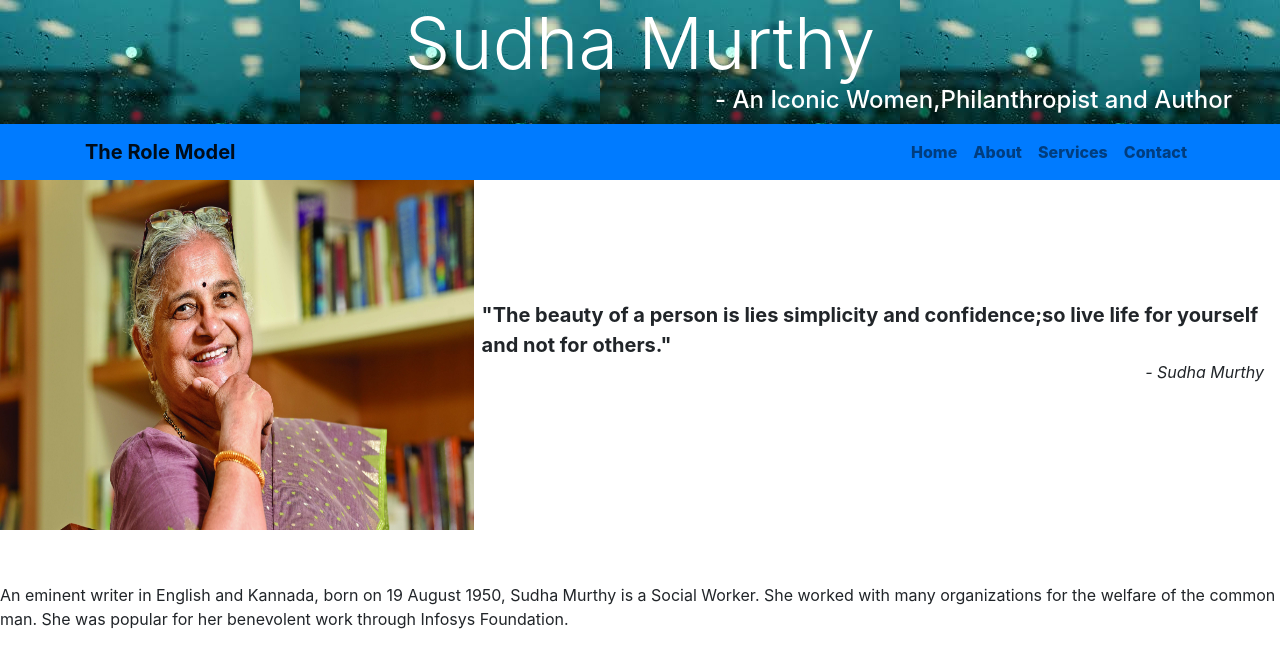
Repository: sumanthr18/RoleModel
Page: index.html
The author's editor kept a copy of each file at every save. The page is drawn from the files as they stood at one save, then again after the next save.
The browser window is 1280 px wide. The pictures show the whole page.

Above is the page before, as saved 2020-03-14 18:27:09.

### index.html
<!DOCTYPE html>
<html lang="en">
<head>
    <meta charset="UTF-8">
    <meta name="viewport" content="width=device-width, initial-scale=1.0">
    <title>SudhaMurthy</title>
    <link rel="stylesheet" href="https://stackpath.bootstrapcdn.com/bootstrap/4.4.1/css/bootstrap.min.css" integrity="sha384-Vkoo8x4CGsO3+Hhxv8T/Q5PaXtkKtu6ug5TOeNV6gBiFeWPGFN9MuhOf23Q9Ifjh" crossorigin="anonymous">
</head>
<body>
    <header style="background-image: url(images.jpg);padding-bottom: 0.1%;">
        <h1 class="display-3 text-center my-0 text-white ">Sudha Murthy</h1>
        <h4 class="text-right mr-5 text-white">- An Iconic Women,Philanthropist and Author</h4>
    </header>
    <nav class="navbar navbar-expand-sm navbar-light bg-primary mb-0">
        <div class="container">
            <a style="font-weight: bold;" class="navbar-brand " href="#">The Role Model</a>
            <button class="navbar-toggler" data-toggle="collapse" data-target="#navbarNav">
                <span class="navbar-toggler-icon"></span>
            </button>
            <div class="collapse navbar-collapse" id="navbarNav">
                <ul style="font-weight: 800;" class="navbar-nav ml-auto">
                    <li class="nav-item">
                        <a class="nav-link" href="#">Home</a>
                    </li>
                    <li class="nav-item">
                        <a class="nav-link" href="#">About</a>
                    </li>
                    <li class="nav-item">
                        <a class="nav-link" href="#">Services</a>
                    </li>
                    <li class="nav-item">
                        <a class="nav-link" href="#">Contact</a>
                    </li>
                </ul>
            </div>
        </div>
    </nav>

<div class="media">
        <img class="mt-0" style="width:37%;height:350px" src="Sudha_Murty_1-update.jpg">
        <blockquote class="" >
            <br>
            <br>
            <br>
            <br>
            <br>
            <p class="ml-2 mb-0 lead" style="font-weight: bold;">"The beauty of a person is lies simplicity and confidence;so live life for yourself and not for others."</p>
            <footer class="pr-3 text-sm-right"><cite>- Sudha Murthy</cite></footer>
        </blockquote>
</div>

<div>
    <p><pre>    </pre>An eminent writer in English and Kannada, born on 19 August 1950, Sudha Murthy is a Social Worker. She worked with many organizations for the welfare of the common man. She was popular for her benevolent work through Infosys Foundation.</p>
</div>

</body>
</html>

After the next save:
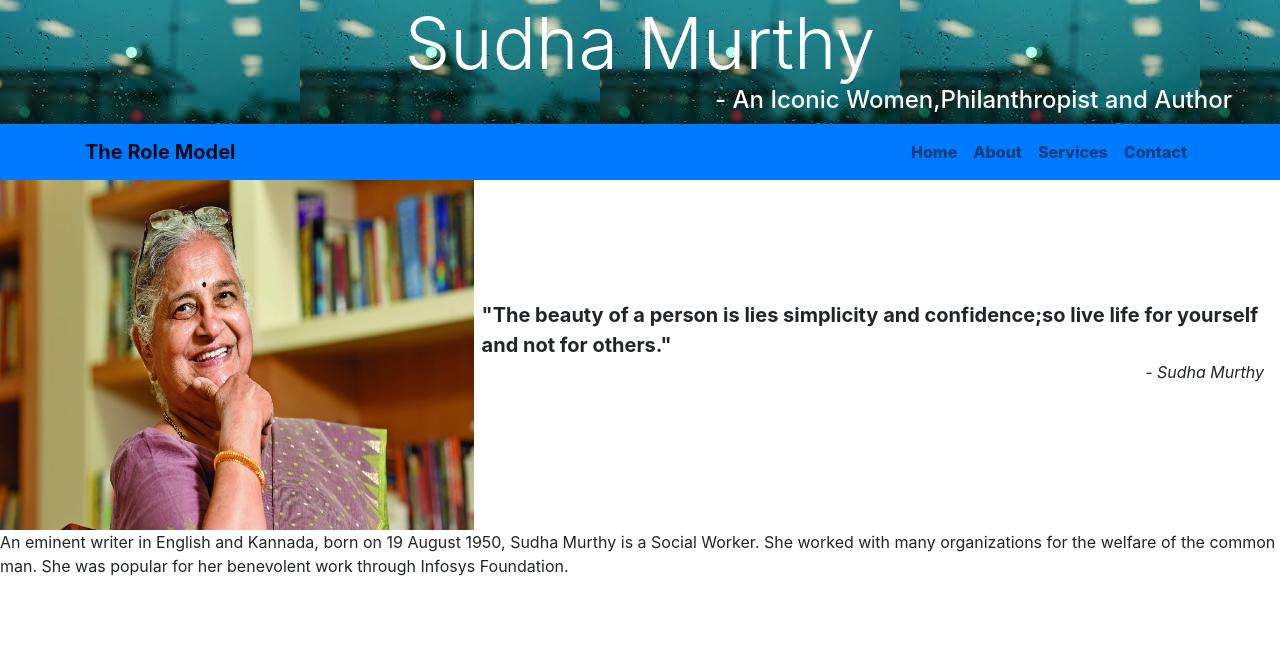
Saved 11 s later.
--- a/index.html
+++ b/index.html
@@ -50,7 +50,7 @@
 </div>
 
 <div>
-    <p><pre>    </pre>An eminent writer in English and Kannada, born on 19 August 1950, Sudha Murthy is a Social Worker. She worked with many organizations for the welfare of the common man. She was popular for her benevolent work through Infosys Foundation.</p>
+    <p>An eminent writer in English and Kannada, born on 19 August 1950, Sudha Murthy is a Social Worker. She worked with many organizations for the welfare of the common man. She was popular for her benevolent work through Infosys Foundation.</p>
 </div>
 
 </body>
